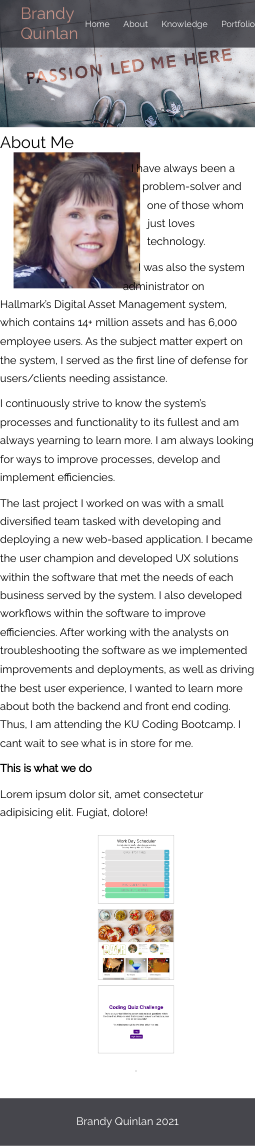
Repository: brandyquinlan/brandyquinlan
Page: index.html
An editor plug-in stored every save of this project. The page is shown before and after the next save, followed by the edit.
The browser window is 375 px wide. The pictures show the whole page, at 68% of full size.
Some web libraries are served in a nearby version.

Above is the page before, as saved 2021-02-05 21:12:34.

### index.html
<!DOCTYPE html>
<html lang="en">

<head>
    <meta charset="UTF-8">
    <meta name="viewport" content="width=device-width, initial-scale=1.0">
    <link href="https://fonts.googleapis.com/css2?family=Roboto" rel="stylesheet">
    <link href="https://fonts.googleapis.com/css2?family=Raleway" rel="stylesheet">

    <link rel="stylesheet" href="https://cdnjs.cloudflare.com/ajax/libs/font-awesome/5.13.0/css/all.min.css" integrity="sha256-h20CPZ0QyXlBuAw7A+KluUYx/3pK+c7lYEpqLTlxjYQ=" crossorigin="anonymous" />
    <link rel="stylesheet" href="css/style.css">
    <title>Quinlan Portfolio</title>
</head>

<body id="home">
    <header class="hero">
        <div id="navbar" class="navbar">
            <h1 class="name">Brandy Quinlan</h1>
            <nav>
                <ul>
                    <li><a href="#home">Home</a></li>
                    <li><a href="#about">About</a></li>
                    <li><a href="#knowledge">Knowledge</a></li>
                    <li><a href="portfolio.html">Portfolio</a></li>
                    <li><a href="contact.html">Contact</a></li>
                </ul>
            </nav>
        </div>
        <section class="container">
            <img src="img/ian-schneider-TamMbr4okv4-unsplash.png" alt="" class="no-repeat  center center/cover">
        </section>
        <!-- <div id="content">
            <h1>My Slogan</h1>
            <p>Lorem ipsum dolor sit amet, consectetur adipisicing elit. Delectus, molestiae.</p>
        </div> -->
    </header>

    <!-- About -->
    <section id="aboutMe">
        <h1>About Me</h1>
        <div id="aboutRow1">

            <img class="float-left img-fluid mr-4 w-25" src="img/Me_copy.png" alt="Brandy Quinlan">
        </div>
        <p>
            I have always been a problem-solver and one of those whom just loves technology.
        </p>
        <p>
            I was also the system administrator on Hallmark’s Digital Asset Management system, which contains 14+ million assets and has 6,000 employee users. As the subject matter expert on the system, I served as the first line of defense for users/clients needing
            assistance.
        </p>
        <p> I continuously strive to know the system’s processes and functionality to its fullest and am always yearning to learn more. I am always looking for ways to improve processes, develop and implement efficiencies.
        </p>
        <p>
            The last project I worked on was with a small diversified team tasked with developing and deploying a new web-based application. I became the user champion and developed UX solutions within the software that met the needs of each business served by the
            system. I also developed workflows within the software to improve efficiencies. After working with the analysts on troubleshooting the software as we implemented improvements and deployments, as well as driving the best user experience, I
            wanted to learn more about both the backend and front end coding. Thus, I am attending the KU Coding Bootcamp. I cant wait to see what is in store for me.
        </p>

    </section>
    <!-- Portfolio Gallery -->
    <section class="projects flex-grid section-padding">
        <header class="section-header">
            <h4>This is what we do</h4>
            <p>
                Lorem ipsum dolor sit, amet consectetur adipisicing elit. Fugiat, dolore!
            </p>
        </header>
        <div class="row">
            <div class="projectsGallery">

                <a href="https://brandyquinlan.github.io/HW05_Day_Planner/" target=”_blank”>
                    <img src="img/day_planner.png" alt="" />
                </a>
                <a href="https://brandyquinlan.github.io/PAIR/" target=”_blank”>
                    <img src="/img/PAIR.png" alt="" />
                </a>
                <a href="https://brandyquinlan.github.io/HW04_Coding_Quiz/" target=”_blank”>
                    <img src="img/code-quiz.png" alt="Code Quiz Project" />
                </a>
                <a href="">
                    <img src="" alt="" />
                </a>
            </div>
    </section>
    <footer>
        <div>
            <p>Brandy Quinlan 2021</p>
        </div>
    </footer>

</body>

</html>

### css/style.css
        * {
            box-sizing: border-box;
            margin: 0;
            padding: 0;
        }
        /* Base Styles */

        body {
            font-family: 'Raleway', sans-serif;
            background: #fff;
            /* color: #333; */
            line-height: 1.7;
        }

        h1,
        h2 {
            font-weight: 250;
            font-size: 1.5rem;
            line-height: 1.2;
        }

        ul {
            list-style: none;
        }

        p {
            margin: 10px 0;
        }

        a {
            text-decoration: none;
            color: #333;
        }

        img {
            max-width: 100%;
        }
        /* Header */

        header h1 {
            color: #bf8273;
            padding-left: 10px;
        }
        /* Navbar */

        #navbar {
            display: flex;
            align-items: center;
            justify-content: space-between;
            width: 100%;
            height: 70px;
            position: fixed;
            top: 0px;
            background: #333339;
            color: #fff;
            opacity: .8;
            padding: 0 20px;
        }

        #navbar a {
            color: #fff;
            padding: 10px 10px;
            font-size: .8rem;
        }

        #navbar a:hover {
            color: #a35a4e;
        }

        #navbar ul {
            display: flex;
        }
        /* About */

        #about {
            border: 30px #5b8f9c solid;
            padding: 30px 80px;
            background: #f4f4f4;
            color: #333;
            /* background: #99999d;
            color: #fff; */
            font-size: .9rem;
        }

        #about h1 {
            color: #e6978a;
            padding-bottom: 20px;
        }

        #aboutRow1 {
            float: left;
            /* padding: 20px; */
            justify-content: space-between;
            margin: 0 20px;
            shape-outside: circle();
        }

        #about img {
            border-radius: 50%;
            margin-right: 50px;
            width: 150px;
            height: 150px;
        }
        /* Knowledge */

        #knowledge h1 {
            /* border-top: #99999d 5px solid; */
            color: #e6978a;
            /* font-weight: bolder; */
            padding: 20px 0 0 80px;
            background: #fff;
        }

        .blocks {
            position: relative;
            top: 15px;
            height: 260px;
            font-size: .9rem;
            background: #f4f4f4;
            border: #ccc 1px dashed;
        }

        .box {
            float: left;
            width: 30%;
            padding: 50px 30px 30px;
            text-align: center;
        }

        .box i {
            margin-bottom: 10px;
        }

        .blocks #box2 {
            background: #e6978a;
            color: #fff;
            height: 260px;
            width: 40%;
            /* position: relative;
            top: -10px; */
        }

        .blocks p {
            margin-bottom: 25px;
        }

        .blocks .btn {
            background: #333;
            color: #fff;
            padding: 5px 15px;
            margin-top: 15px;
            cursor: pointer;
        }

        .blocks .btn:hover {
            opacity: .8;
        }
        /* Projects */

        .projectsGallery {
            padding: 10px 5px 20px 30px;
            display: flex;
            justify-content: space-around;
            align-items: center;
        }

        .projects img {
            border: #ccc 1px solid;
            width: 30vw;
        }

        .projectsGallery p {
            background: #e6978a;
        }

        .projects h1 {
            justify-content: center;
            color: #e6978a;
            padding: 40px 0 0 80px;
        }
        /* Contact */
        /* .form-group {
            align-items: center;
        } */

        #contact {
            display: flex;
            justify-content: space space-between;
            width: 100%;
            max-width: 1920px;
            margin-top: 40px;
            padding: 20px 80px;
            background: #99999d;
            color: #fff;
            font-size: .9rem;
        }

        #contact .column2 {
            width: 40vw;
            align-items: center;
            margin-left: 40px;
            padding: 25px;
            font-size: .9rem;
            border: 15px solid #67a5b4;
        }

        #contact form {
            width: 40vw;
            outline-color: #e6978a;
        }

        #contact input {
            /* display: inline-block;
            flex-direction: column; */
            width: 100%;
            /* margin: 5px 0 0 0; */
            padding: 5px;
            outline: none;
            outline-color: #e6978a;
            /* border-top-style: hidden;
            border-right-style: hidden; */
            border-style: hidden;
            /* border-bottom-style: groove; */
        }

        #contact label {
            /* display: inline-block; */
            margin-bottom: 5px;
            outline-color: #e6978a;
        }

        #contact textarea {
            height: 60px;
            width: 100%;
            outline-color: #e6978a;
            border-style: hidden;
        }

        #contact .btn {
            border-style: hidden;
            text-align: center;
            background: #e6978a;
            width: 30%;
            margin: 5px 0 5px 0;
            padding: 5px;
            color: #333339;
            /* outline: none; */
            /* background: #e6978a; */
            /* outline: none; */
        }

        #contact h1 {
            padding-top: 5px;
        }
        /* Footer */

        footer {
            background: #333339;
            opacity: .9;
            height: 70px;
        }

        footer p {
            display: flex;
            align-items: center;
            justify-content: center;
            color: #fff;
            padding-top: 20px;
        }

        @media(max-width:768px) {
            .projects h1,
            #knowledge h1 {
                padding: 40px 0 0 35px;
            }
            .box {
                padding: 30px;
                text-align: center;
            }
        }

        @media(max-width:500px) {
            .projects h1,
            #knowledge h1 {
                padding: 40px 0 0 35px;
            }
            .box {
                padding: 30px;
                text-align: center;
            }
            .projectsGallery {
                padding: 10px 5px 20px 30px;
                display: flex;
                flex-direction: column;
                justify-content: space-around;
                align-items: center;
            }
        }

After the next save:
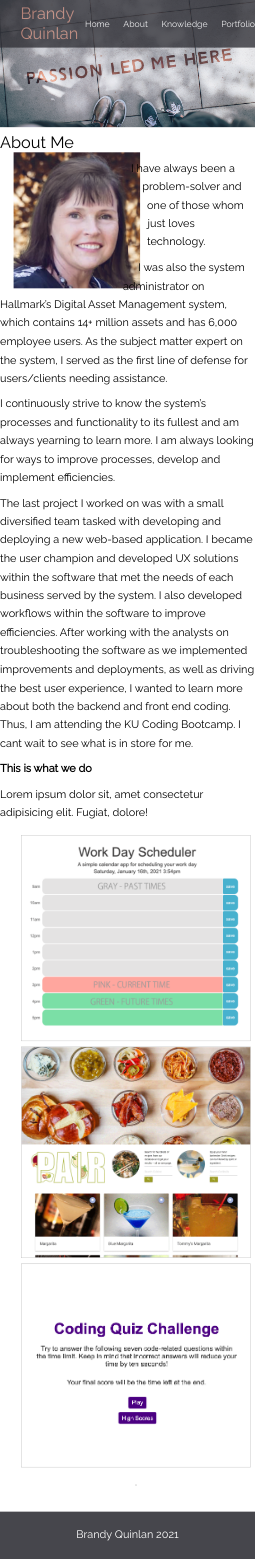
Saved 27 s later.
--- a/css/style.css
+++ b/css/style.css
@@ -295,4 +295,8 @@
                 justify-content: space-around;
                 align-items: center;
             }
-        }
+            .projects img {
+                border: #ccc 1px solid;
+                width: 90vw;
+            }
+        }
